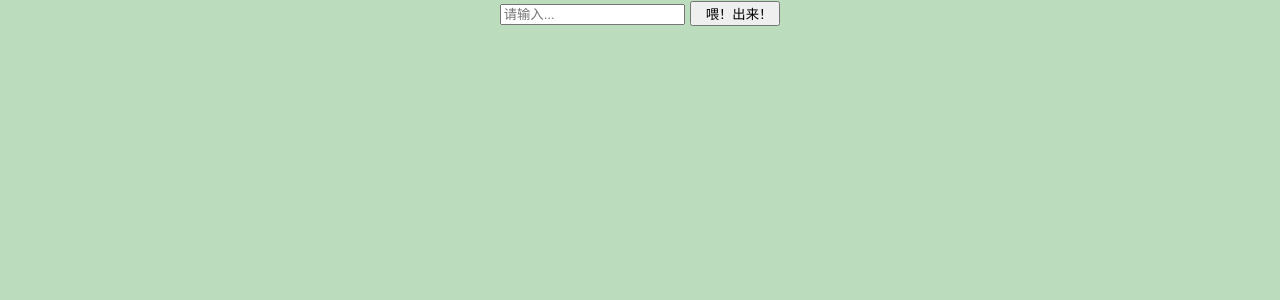
Repository: StarunneR/one-page
Page: index.html
The author's editor kept a copy of each file at every save. The page is drawn from the files as they stood at one save, then again after the next save.
The browser window is 1280 px wide. The pictures show the whole page.

Above is the page before, as saved 2022-01-08 18:34:57.

### index.html
<!doctype html>
<html lang="zh">

<head>
    <meta charset="utf-8" />
    <title>浊池留言板</title>
    <script src="waline/waline.js"></script>
    <link rel="shortcut icon" href="./favicon.ico" />
    <link href="static/css/main.css" rel="stylesheet" type="text/css" />
</head>

<body>
    <div class="front_page">
        <input type="text" placeholder="请输入..." name="" id="page" value="" />
        <button onclick="visit()">&nbsp;&nbsp;喂！出来！</button>
        <script>
            function visit() {
                window.location.href = document.getElementById("page").value;
            };
        </script>
    </div>
</body>

</html>

### static/css/main.css
body {
  margin: auto;
  padding: auto;
  font-family: -apple-system, BlinkMacSystemFont, "Segoe UI", "Roboto", "Oxygen",
    "Ubuntu", "Cantarell", "Fira Sans", "Droid Sans", "Helvetica Neue",
    sans-serif;
  -webkit-font-smoothing: antialiased;
  -moz-osx-font-smoothing: grayscale;
  background: #bcdcbe;
}
a {
  text-decoration: none;
  color: #000;
}
.app {
  background: #c0edc6;
  max-width: 720px;
  margin: 0 auto;
  padding-bottom: 2rem;
}
.app__header {
  font-size: 1.2rem;
  color: #2e352e;
  border-top: 1px solid transparent;
  border-bottom: 1px solid transparent;
  box-sizing: border-box;
}
html {
  font-size: 14px;
}
@media screen and (min-width: 321px) and (max-width: 375px) {
  html {
    font-size: 14px;
  }
body {
    text-align: center;
    min-height: 0px;
}

}
@media screen and (min-width: 376px) and (max-width: 414px) {
  html {
    font-size: 15px;
  }
}
@media screen and (min-width: 415px) and (max-width: 639px) {
  html {
    font-size: 16px;
  }
}
@media screen and (min-width: 640px) and (max-width: 719px) {
  html {
    font-size: 17px;
  }
}
@media screen and (min-width: 720px) and (max-width: 749px) {
  html {
    font-size: 18px;
  }
}
@media screen and (min-width: 750px) and (max-width: 799px) {
  html {
    font-size: 20px;
  }
}
@media screen and (min-width: 800px) {
  html {
    font-size: 20px;
  }
}
.front_page {
  text-align: center;
}

Loaded but not shown: waline/waline.js (library)

After the next save:
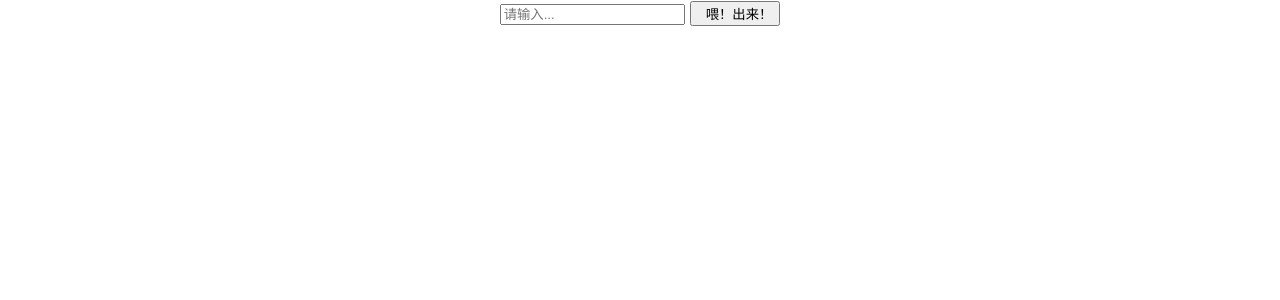
Saved 100 s later.
--- a/static/css/main.css
+++ b/static/css/main.css
@@ -6,7 +6,6 @@ body {
     sans-serif;
   -webkit-font-smoothing: antialiased;
   -moz-osx-font-smoothing: grayscale;
-  background: #bcdcbe;
 }
 a {
   text-decoration: none;
